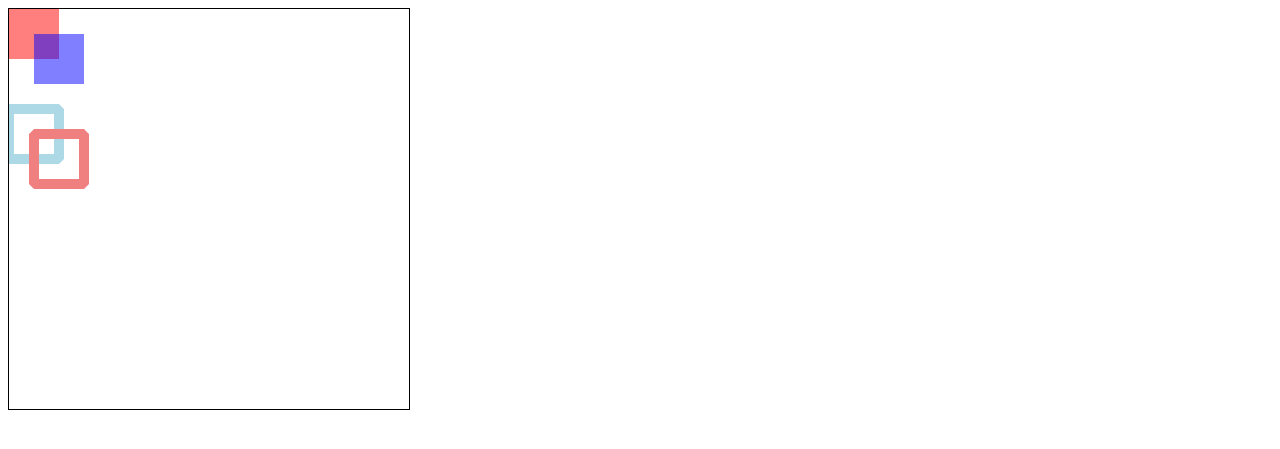
Repository: Jhin7782/HBuilder-Projects
Page: 【JS高程3】/15`使用Canvas绘图/15.2 2D上下文/15.2.2 绘制矩形/index.html
These files come from the project's save history. The page is drawn as it stood at one moment and after the next save; the edit follows.
The browser window is 1280 px wide. The pictures show the whole page.

Above is the page before, as saved 2017-06-09 06:17:23.

### 【JS高程3】/15`使用Canvas绘图/15.2 2D上下文/15.2.2 绘制矩形/index.html
<!DOCTYPE html>
<html>
	<head>
		<meta charset="UTF-8">
		<title></title>
		<style type="text/css">
			canvas {
				border: 1px solid;
			}
		</style>
	</head>
	<body>
		<canvas id="drawing" width="400" height="400">A drawing of something.</canvas>

		<script type="text/javascript">
			//画布
			var drawing = document.getElementById("drawing");
			if (drawing.getContext) {
				//画笔
				var context = drawing.getContext("2d");
				//填充
				context.fillStyle = "rgba(255, 0, 0, 0.5)";
				context.fillRect(0, 0, 50, 50);
				context.fillStyle = "rgba(0, 0, 255, 0.5)";
				context.fillRect(25, 25, 50, 50);
				//描边
				//线条属性
				context.lineWidth = 10;
				context.lineCap = "square";
				context.lineJoin = "bevel";
				context.strokeStyle = "lightblue";
				context.strokeRect(0, 100, 50, 50);
				context.strokeStyle = "lightcoral";
				context.strokeRect(25, 125, 50, 50);
				//clearRect();

			}
		</script>
	</body>
</html>

After the next save:
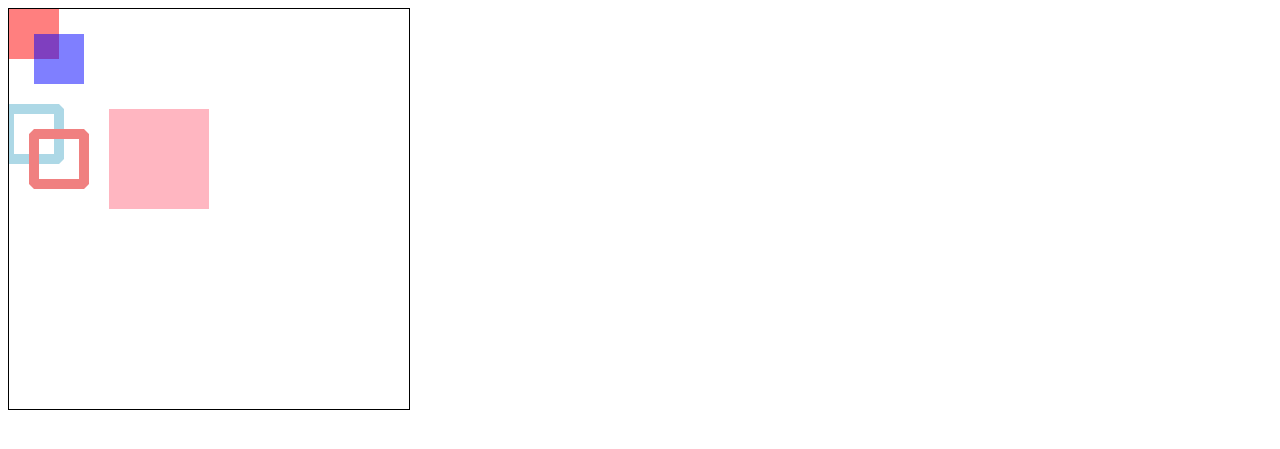
Saved 112 s later.
--- a/【JS高程3】/15`使用Canvas绘图/15.2 2D上下文/15.2.2 绘制矩形/index.html
+++ b/【JS高程3】/15`使用Canvas绘图/15.2 2D上下文/15.2.2 绘制矩形/index.html
@@ -33,7 +33,8 @@
 				context.strokeStyle = "lightcoral";
 				context.strokeRect(25, 125, 50, 50);
 				//clearRect();
-
+				context.fillStyle = "lightpink";
+				context.fillRect(100, 100, 100, 100);
 			}
 		</script>
 	</body>
